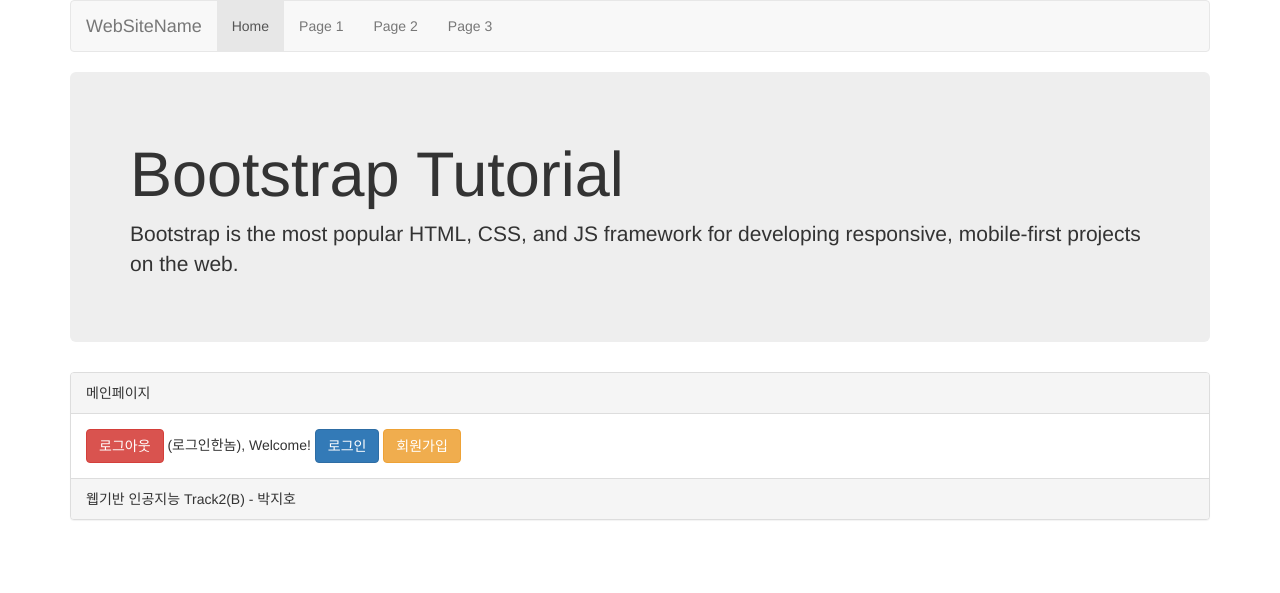
Repository: Jipumpkin/WebServer
Page: http://localhost/FrontCommandPattern/main.jsp
An editor plug-in stored every save of this project. The page is shown before and after the next save, followed by the edit.
The browser window is 1280 px wide. The pictures show the whole page.
The page is served by Tomcat 9.

Above is the page before, as saved 2024-08-21 00:46:49.

After the next save:
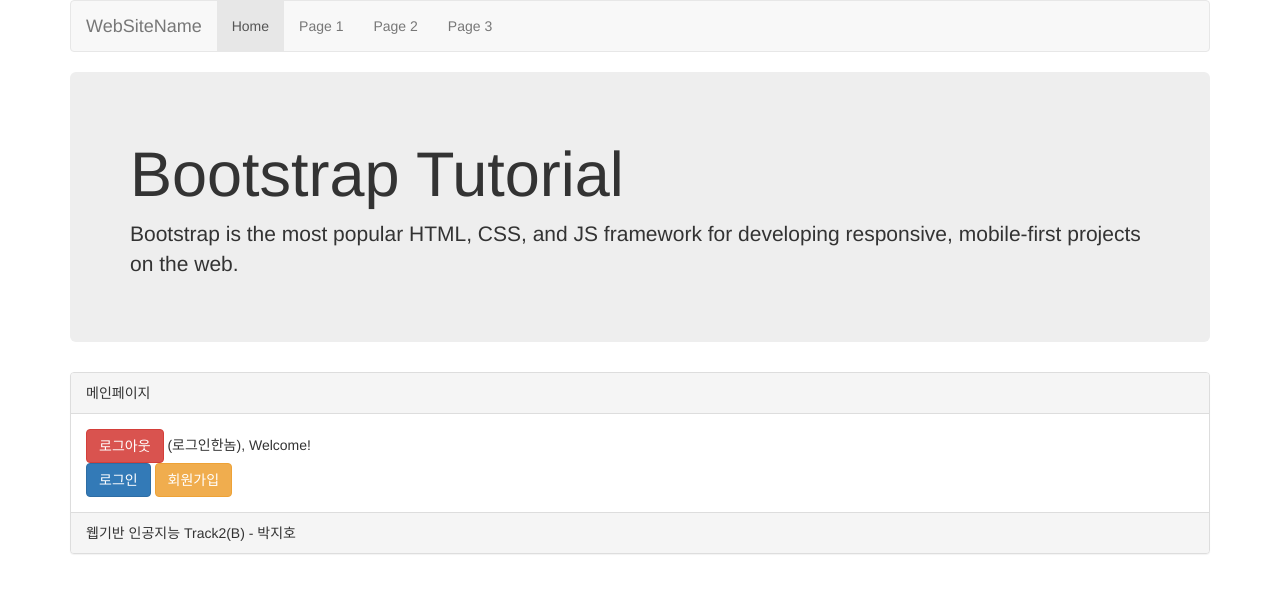
Saved 10 s later.
--- a/FrontCommandPattern/src/main/webapp/main.jsp
+++ b/FrontCommandPattern/src/main/webapp/main.jsp
@@ -40,7 +40,7 @@
 				<a href="logoutController"><button class="btn btn-danger">로그아웃</button></a>
 
 		    	<!-- 로그인을 안했을때 -->
-		    	(로그인한놈), Welcome!
+		    	(로그인한놈), Welcome! <br>
 				<a href="login.jsp"><button class="btn btn-primary">로그인</button></a>
 				<a href="join.jsp"><button class="btn btn-warning">회원가입</button></a>
 
